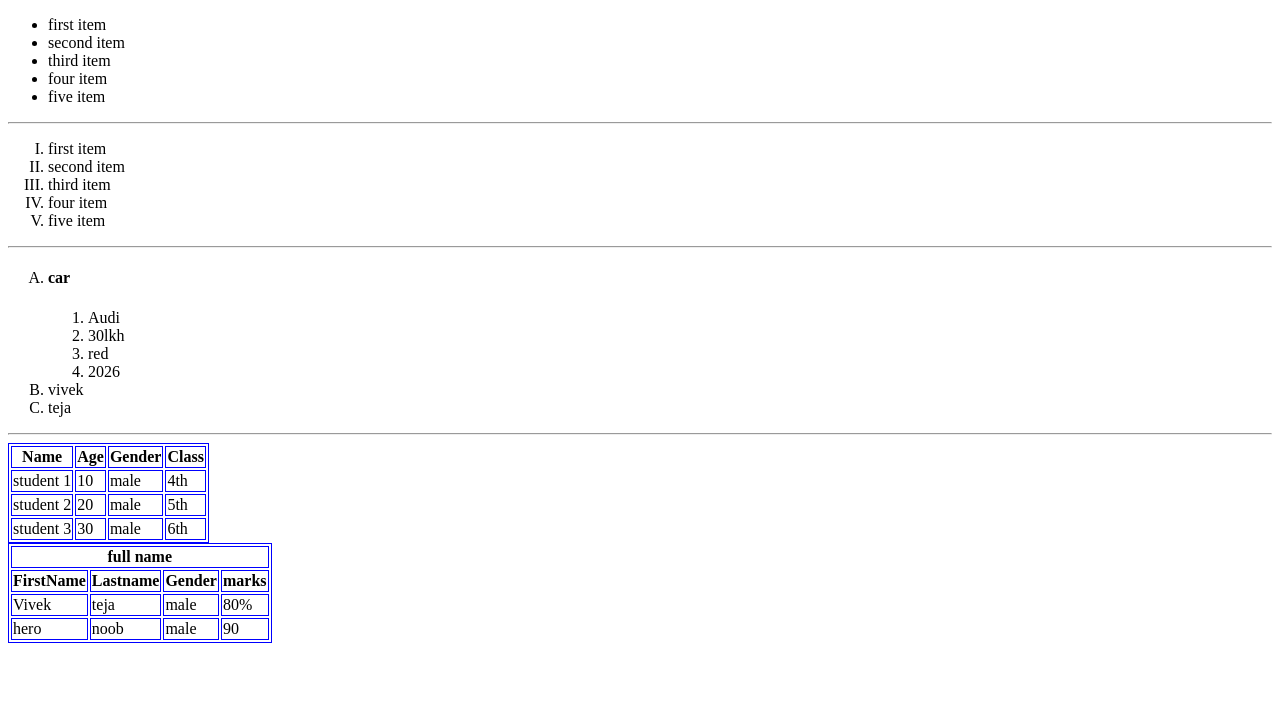
Repository: viveknaidu007/repo-166-Full-Stack-Development-Learning-Notes-Innomatics-2024
Page: module_1-html,css,bootstrap/spet_20_2024/index.html
These files come from the project's save history. The page is drawn as it stood at one moment and after the next save; the edit follows.
The browser window is 1280 px wide. The pictures show the whole page.

Above is the page before, as saved 2024-09-21 13:22:01.

### module_1-html,css,bootstrap/spet_20_2024/index.html
<!DOCTYPE html>
<html lang="en">
<head>
    <meta charset="UTF-8">
    <meta name="viewport" content="width=device-width, initial-scale=1.0">
    <title>intro</title>
    <style>
        table,th,td{
            border:1px solid blue;
        }
    </style>
</head>
<body>
    <ul>
        <li> first item</li>
        <li> second item</li>
        <li> third item</li>
        <li> four item</li>
        <li> five item</li>
    </ul>

    <hr>

    <ol type="I">
        <li> first item </li>
        <li> second item </li>
        <li> third item </li>
        <li> four item </li>
        <li> five item </li>
    </ol>

    <hr>

    <ol type="A">
        <li>
            <h4> car </h4>
            <ol>
                <li> Audi </li>
                <li> 30lkh </li>
                <li> red </li>
                <li> 2026 </li>
            </ol>
        </li>
        <li> vivek </li>
        <li> teja </li>
    </ol>

    <hr>

    <table>
        <tr>
            <th> Name </th>
            <th> Age </th>
            <th> Gender </th>
            <th> Class </th>
        </tr>

        <tr>
            <td> student 1</td>
            <td> 10 </td>
            <td> male </td>
            <td> 4th</td>
        </tr>

        <tr>
            <td> student 2</td>
            <td> 20 </td>
            <td> male </td>
            <td> 5th</td>
        </tr>

        <tr>
            <td> student 3</td>
            <td> 30 </td>
            <td> male </td>
            <td> 6th </td>
        </tr>


    </table>

    <table>
        <tr>
            <th colspan="4"> full name </th>
        </tr>
        <tr>
            <th> FirstName </th>
            <th> Lastname </th>
            <th> Gender </th>
            <th> marks </th>
        </tr>
        <tr>
            <td>Vivek</td>
            <td>teja</td>
            <td>male</td>
            <td>80%</td>
        </tr>
        <tr>
            <td> hero </td>
            <td> noob </td>
            <td> male </td>
            <td> 90 </td>
        </tr>

    </table>

</body>
</html>

After the next save:
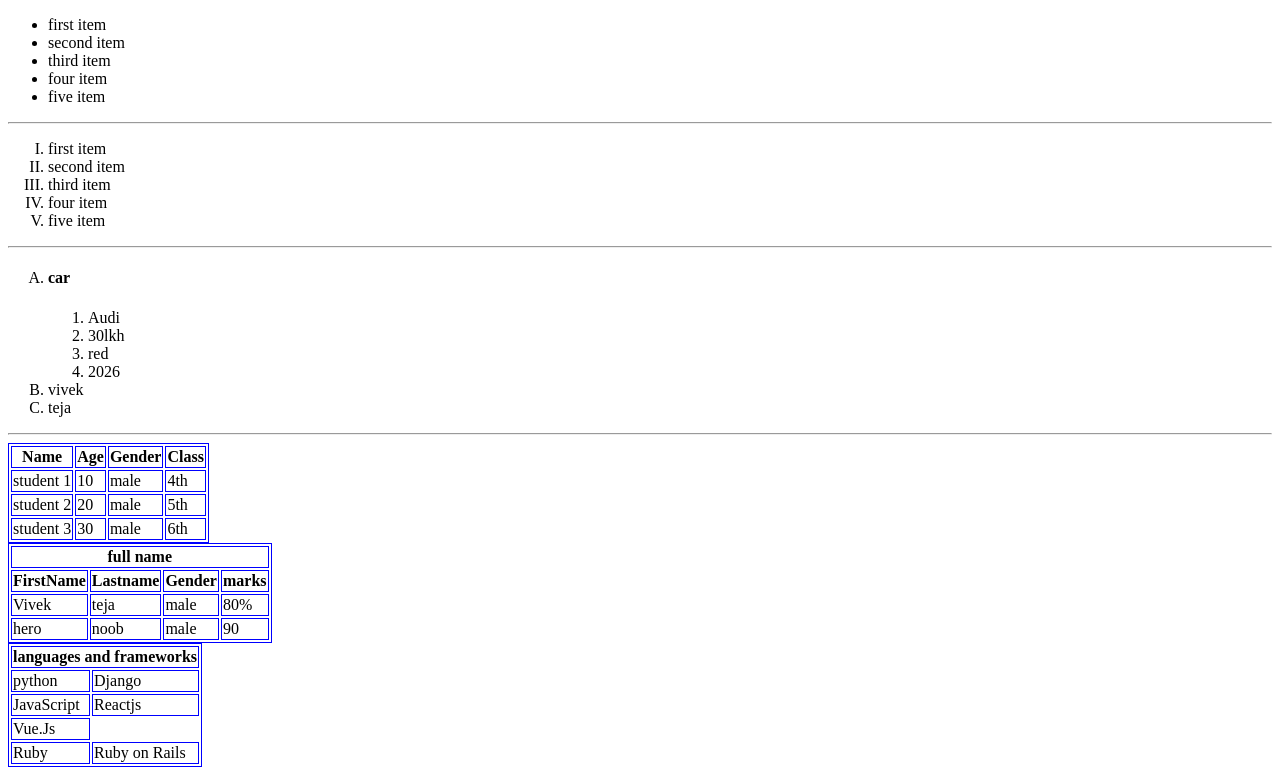
Saved 6 min 31 s later.
--- a/module_1-html,css,bootstrap/spet_20_2024/index.html
+++ b/module_1-html,css,bootstrap/spet_20_2024/index.html
@@ -104,5 +104,26 @@
 
     </table>
 
+    <table>
+        <tr>
+            <th colspan="2"> languages and frameworks </th>
+        </tr>
+        <tr>
+            <td>python</td>
+            <td>Django</td>
+        </tr>
+        <tr>
+            <td>JavaScript</td>
+            <td>Reactjs</td>
+        </tr>
+        <tr>
+            <td>Vue.Js</td>
+        </tr>
+        <tr>
+            <td>Ruby</td>
+            <td>Ruby on Rails</td>
+        </tr>
+    </table>
+
 </body>
 </html>
